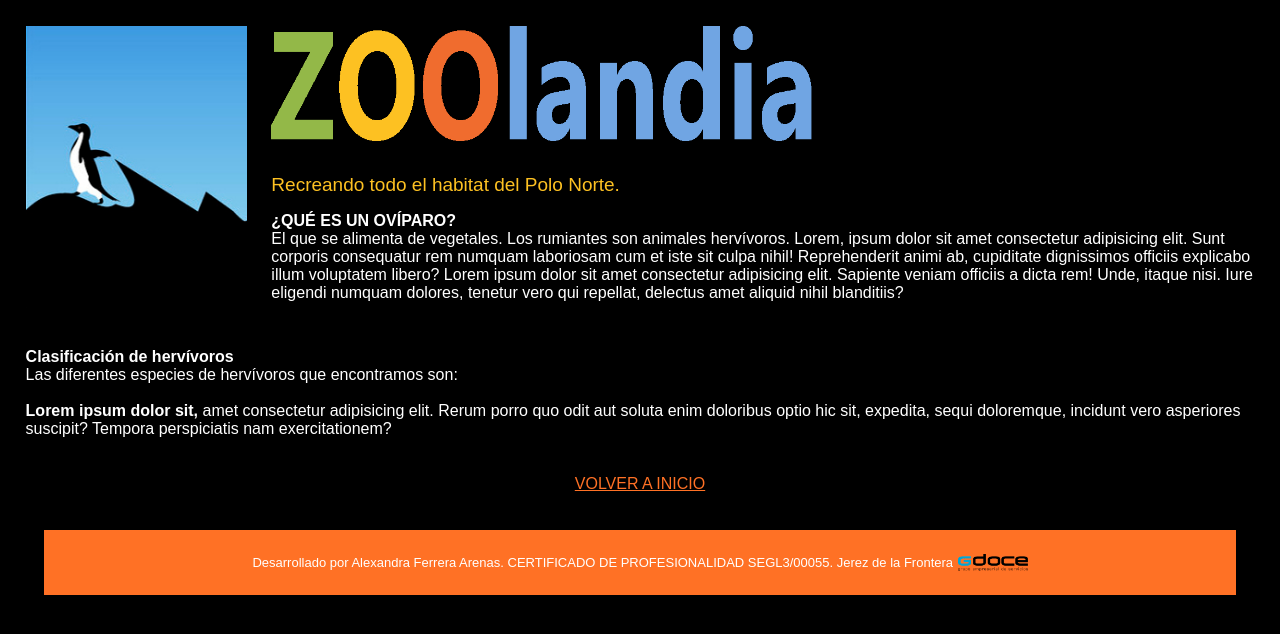
Repository: iSaan86/EV_Pr-ctica_Zoolandia
Page: pinguinario.html
An editor plug-in stored every save of this project. The page is shown before and after the next save, followed by the edit.
The browser window is 1280 px wide. The pictures show the whole page.

Above is the page before, as saved 2023-11-27 19:41:29.

### pinguinario.html
<!DOCTYPE html>
<html lang="es-ES">
	<head>
		<title>
			ZOOlandia Pingüinario
		</title>
		<meta charset="UTF-8">
		<meta name="viewport" content="width=device-width, initial-scale=1.0">
		<meta name="keywords" content="zoo, aventura, naturaleza, aviario, sabana, cumbres, pingüinos">
		<meta name="description" content="Pingüinario ZOOlandia">
		<meta name="author" content="Alexandra Ferrera Arenas">
		<link rel="icon" type="image/x-icon" href="img/favicon.png">

    </head>

    <body style="background-color:black;font-family: Arial, Helvetica, sans-serif; padding: 2%; margin:0">
     <!--Seccion de arriba-->
     <!--Imagen y texto-->
        <section style="display: flex; width: 100%;">
            <article style="width: 20%; justify-content: center;">
                <img src="img/imagen4.jpg" alt="Pingüinario" title="Pingüinario" width="90%">
            </article>
            <article style="width: 80%">
                <section>
                    <img src="img/zoolandia_titulo.gif" alt="Zoolandia Logo" width="55%" style="text-align: left;">
                </section>
                <section style="margin:3% 0%">
                    <h2 style="color:#fdc122; text-align: left; font-weight: normal; font-size: 19px;">
                        Recreando todo el habitat del Polo Norte.
                    </h2>
                    <p style="color: white;font-weight: lighter">
                        <strong> ¿QUÉ ES UN OVÍPARO?</strong>
                        <br>El que se alimenta de vegetales. Los rumiantes son animales hervívoros. Lorem, ipsum dolor sit amet consectetur adipisicing elit. Sunt corporis consequatur rem numquam laboriosam cum et iste sit culpa nihil! Reprehenderit animi ab, cupiditate dignissimos officiis explicabo illum voluptatem libero?
                        Lorem ipsum dolor sit amet consectetur adipisicing elit. Sapiente veniam officiis a dicta rem! Unde, itaque nisi. Iure eligendi numquam dolores, tenetur vero qui repellat, delectus amet aliquid nihil blanditiis?
                    </p>
                </section>
            </article>
        </section>
    <!--Texto Clasificación Aves-->

        <section>
            <p  style="color: white; font-weight: lighter;">
                <strong> Clasificación de hervívoros</strong>
                <br>Las diferentes especies de hervívoros que encontramos son:
                <br><br><strong>Lorem ipsum dolor sit, </strong>amet consectetur adipisicing elit. Rerum porro quo odit aut soluta enim doloribus optio hic sit, expedita, sequi doloremque, incidunt vero asperiores suscipit? Tempora perspiciatis nam exercitationem?
            </p>
        </section>

    <!--Enlace Volver a Inicio-->
       <section style="width: 100%; justify-content: center; align-items:center; text-align: center; margin: 3% 0%">
        <a href="index.html" style="color:#ff7125"> VOLVER A INICIO</a>
       </section>

    <!--Pie de página-->
        <footer style="display: flex; width: 100%; margin:1% 0%; align-items: center; justify-content: center; text-align: center">
            <section style="display: flex; width: 95%; background-color:#ff7125;align-items: center; justify-content: center; text-align: center; padding:1%">
                   <p style="color:white; font-size: 13px">
                        Desarrollado por Alexandra Ferrera Arenas. CERTIFICADO DE PROFESIONALIDAD SEGL3/00055. Jerez de la Frontera
                    </p>
                    &nbsp;
                    <img src="img/logo.png" alt="Logo G-Doce" width="6%">

            </section>
        </footer>

    </body>
</html>

After the next save:
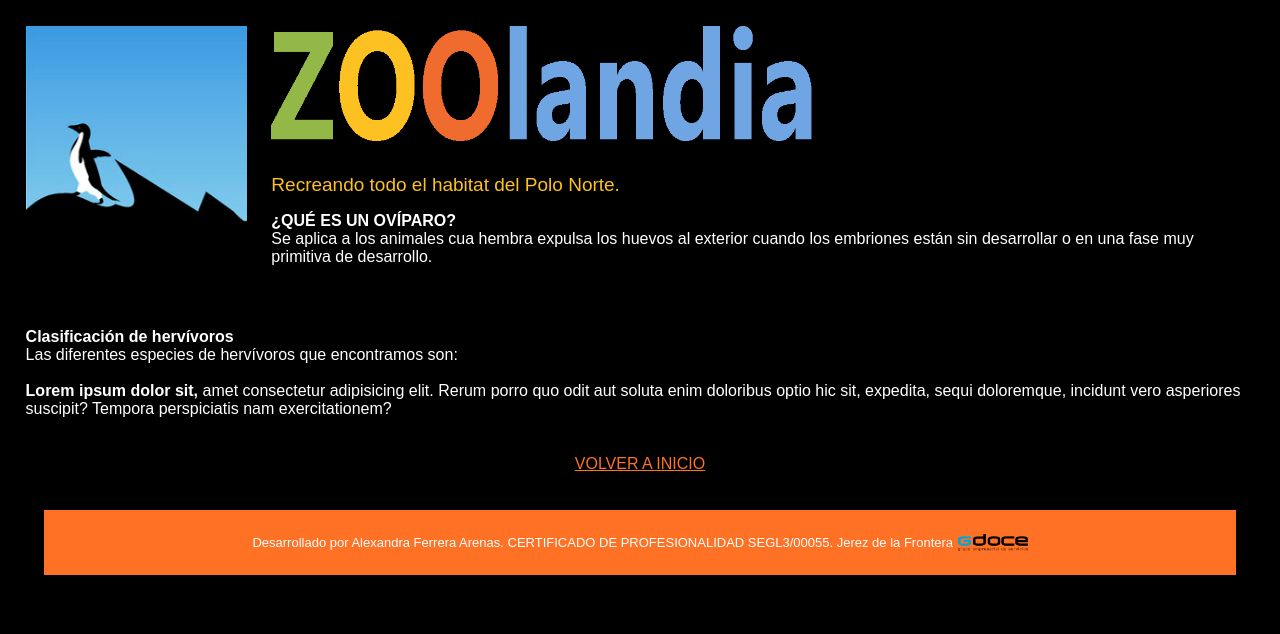
Saved 100 s later.
--- a/pinguinario.html
+++ b/pinguinario.html
@@ -30,8 +30,7 @@
                     </h2>
                     <p style="color: white;font-weight: lighter">
                         <strong> ¿QUÉ ES UN OVÍPARO?</strong>
-                        <br>El que se alimenta de vegetales. Los rumiantes son animales hervívoros. Lorem, ipsum dolor sit amet consectetur adipisicing elit. Sunt corporis consequatur rem numquam laboriosam cum et iste sit culpa nihil! Reprehenderit animi ab, cupiditate dignissimos officiis explicabo illum voluptatem libero?
-                        Lorem ipsum dolor sit amet consectetur adipisicing elit. Sapiente veniam officiis a dicta rem! Unde, itaque nisi. Iure eligendi numquam dolores, tenetur vero qui repellat, delectus amet aliquid nihil blanditiis?
+                        <br>Se aplica a los animales cua hembra expulsa los huevos al exterior cuando los embriones están sin desarrollar o en una fase muy primitiva de desarrollo.
                     </p>
                 </section>
             </article>
